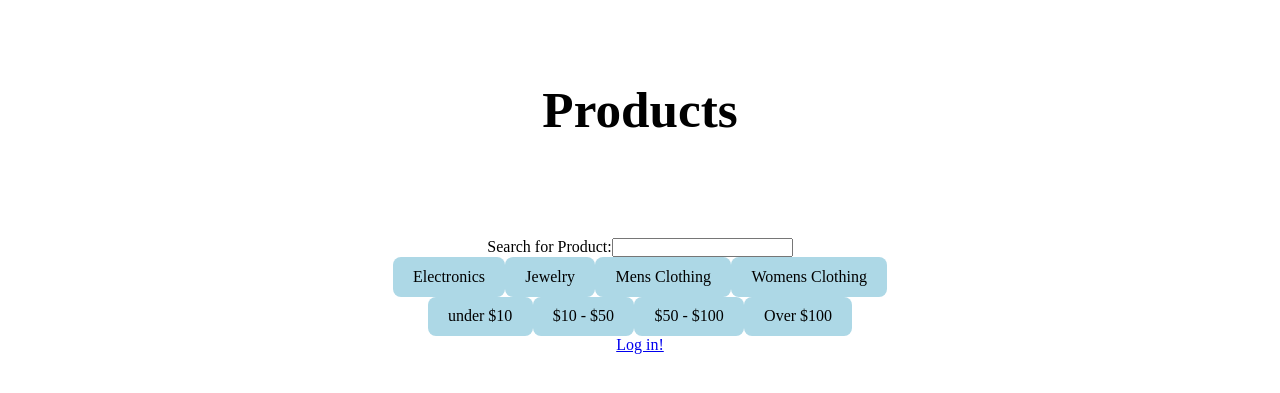
Repository: Andres513/CapStone
Page: /
An editor plug-in stored every save of this project. The page is shown before and after the next save, followed by the edit.
The browser window is 1280 px wide. The pictures show the whole page.
The page's requests for data from a server got no answer. The project was rebuilt for these pictures with package versions that can differ from the ones it lists, and the page was loaded fresh each time. No one was signed in, and anything a server would have sent is missing. Also part of the build but not shown: vite.config.js, src/components/Login.jsx, src/components/SingleProduct.jsx.

Above is the page before, as saved 2024-04-03 12:26:41.

### src/App.jsx
import { useState } from 'react'
import FetchProducts from './components/FetchProducts'
import './App.css'
import { Routes, Route } from 'react-router-dom'
import Login from './components/Login'
import SingleProduct from './components/SingleProduct'

function App() {
const [ token, setToken ] = useState(null)
const [ email, setEmail ] = useState('')
const [ password, setPassword ] = useState('')


const handleSetState=(newToken)=>{
    setToken(newToken)
}
  return (
    <>
    <Routes>
      <Route path="/login" element={<Login token={token} setToken={handleSetState} email={email} setEmail={setEmail} password={password} setPassword={setPassword}/>}/>
      <Route path="/" element={<FetchProducts token={token}/>}/>
      <Route path="/products/:id" element={<SingleProduct token={token}/>}/>
    </Routes>
    </>
  )
}

export default App

### src/index.css

* {
  margin: 0;
  padding: 0;
  box-sizing: border-box;
}
h1 {
  font-size: 3.2em;
  line-height: 1.1;
  padding-top: 50px;
  padding-bottom: 100px;
}
img {
  width: 250px;
  height: 400px;
}
.single-product > img {
  height: 60%;
  width: 60%;
  padding-top: 50px;
  padding-bottom: 50px;
}
.items-container {
  display: grid;
  grid-template-columns: repeat(auto-fill, minmax(200px, 1fr));
  grid-gap: 100px;
  padding-top: 50px;
}
button {
  border-radius: 8px;
  border: 1px solid transparent;
  padding: 0.6em 1.2em;
  font-size: 1em;
  font-weight: 500;
  font-family: inherit;
  background-color: lightblue;
  cursor: pointer;
  transition: border-color 0.25s;
}

### src/components/FetchProducts.jsx
import { useEffect, useState } from "react"
import { Link, useAsyncError } from "react-router-dom"
import Login from "./Login"
import Filter from "./Filter"

export default function FetchProducts({token}){
    const [ error, setError ] = useState(null)
    const [ products, setProducts ] = useState([])
    const [ category, setCategory ] = useState('')
    const [ price, setPrice ] = useState('')
    const [ searched, setSearched ] = useState('')
    const [ filters, setFilters ] = useState({})

    useEffect(()=>{
        async function fetchProducts(){
        try {
            const response = await fetch('https://fakestoreapi.com/products')
            const result = await response.json()
            setProducts(result)
            setCategory(result.category)
            setPrice(result.price)
            console.log(products)


            } catch(error) {
                setError(error.message)
            }
        }
        fetchProducts()
    },[price])
    useEffect(()=>{
      console.log(products)
      console.log(category)
        console.log(price)
    },[token])

    const searchedProduct = products.filter((product) => {
         return product.title.toLowerCase().includes(searched.toLowerCase());
     });

     const applyFilter = (key, value) => {
        setFilters({...filteredProducts, [key]: value})
     }

     const filteredProducts = searchedProduct.filter((product) => {
        if (filters.category && product.category !== filters.category) {
          return false;
        }
        if (filters.price) {
          const [min, max] = filters.price.split("-");
          const price = parseFloat(product.price);
          if (price < parseFloat(min) || price > parseFloat(max)) {
            return false;
          }
        }
        return true;
      });

    return (
        <>
        <h1>Products</h1>
            <label className="search-bar">Search for Product:
                <input type="text" value={searched} onChange={(e) => setSearched(e.target.value)}/>
            </label><br/>
            <Filter filterCategory={applyFilter} filterPrice={applyFilter}/>
        <Link to="/login" element={<Login />}>Log in!</Link>
        <div className="items-container">
    {searchedProduct.map((product) => (
                <div key={product.id} className="item">
                    <h3>{product.title}</h3>
                    <img src={product.image} alt={product.title} /><br/>
                    <Link to={`/products/${product.id}`}>View Details</Link>
                </div>

            ))}
            </div>
        </>
    )
}

### src/components/Filter.jsx
import { useEffect, useState } from "react"

export default function Filter({filterCategory, filterPrice}){

    const categories = ['Electronics', 'Jewelry', 'Mens Clothing', 'Womens Clothing']
    const priceRange = [ 'under $10', '$10 - $50', '$50 - $100', 'Over $100' ]

    return (
        <div>
            <div>
            {categories.map((category, index) => (
                <button key={index} onClick={() => filterCategory(category)} className="dot">{category}</button>
            ))}
            </div>
                <div>
                    {priceRange.map((price, index) => (
                        <button key={index} onClick={() => filterPrice(price)} className="dot">{price}</button>
                    ))}
                </div>
        </div>
    )
}

Loaded but not shown: index.html (common file); src/main.jsx (common file); src/App.css (common file)

After the next save:
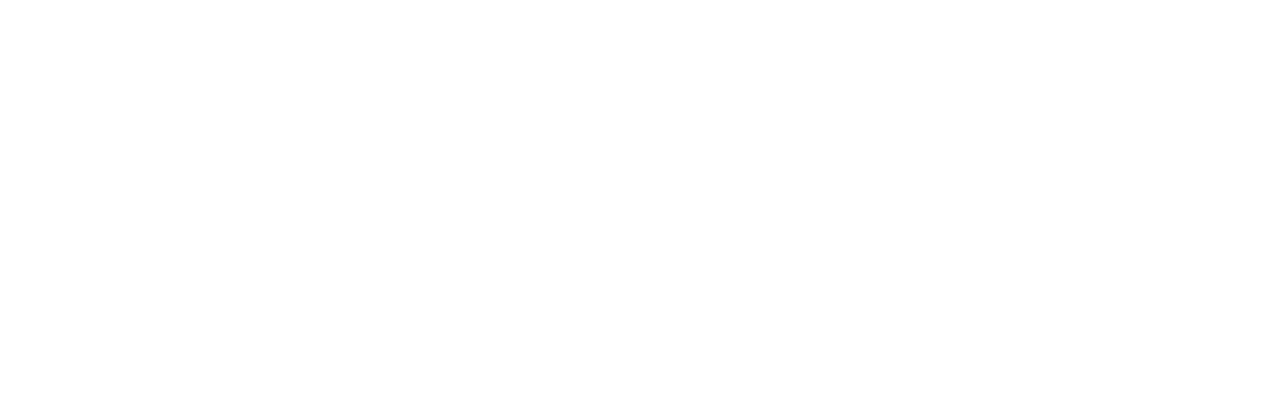
Console error: ReferenceError: applyFilter is not defined
Saved 2 min 45 s later.
--- a/src/components/FetchProducts.jsx
+++ b/src/components/FetchProducts.jsx
@@ -38,8 +38,8 @@
          return product.title.toLowerCase().includes(searched.toLowerCase());
      });
 
-     const applyFilter = (key, value) => {
-        setFilters({...filteredProducts, [key]: value})
+     const applyCategoryFilter = (category) => {
+        setFilters({...filters, category: category})
      }
 
      const filteredProducts = searchedProduct.filter((product) => {

After the 2 saves that followed:
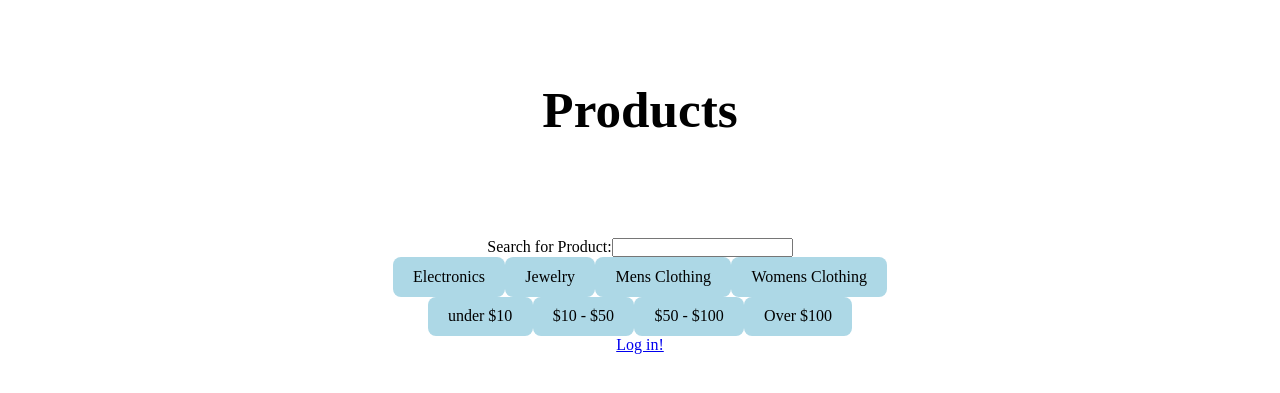
The error is gone.
The 2 saves are shown as one change because 1 left the picture as it was.
The last was saved 60 s later.
--- a/src/components/FetchProducts.jsx
+++ b/src/components/FetchProducts.jsx
@@ -42,6 +42,10 @@
         setFilters({...filters, category: category})
      }
 
+     const applyPriceFilter = (category) => {
+        setFilters({...filters, price: price})
+     }
+
      const filteredProducts = searchedProduct.filter((product) => {
         if (filters.category && product.category !== filters.category) {
           return false;
@@ -62,7 +66,7 @@
             <label className="search-bar">Search for Product:
                 <input type="text" value={searched} onChange={(e) => setSearched(e.target.value)}/>
             </label><br/>
-            <Filter filterCategory={applyFilter} filterPrice={applyFilter}/>
+            <Filter filterCategory={applyCategoryFilter} filterPrice={applyPriceFilter}/>
         <Link to="/login" element={<Login />}>Log in!</Link>
         <div className="items-container">
     {searchedProduct.map((product) => (
